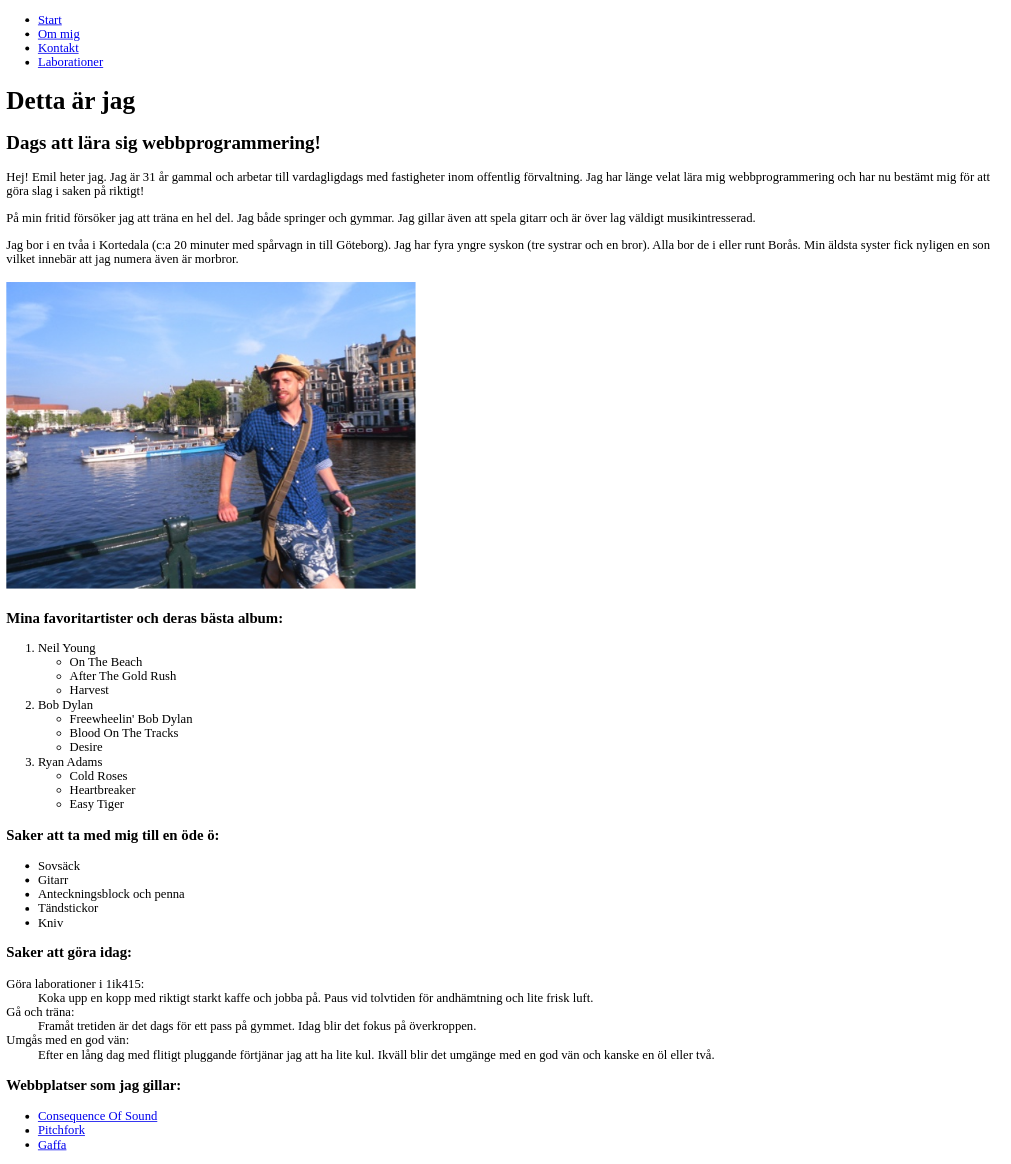
Repository: ea222vk/1ik415-laborationer
Page: Pages/presentation.html
The author's editor kept a record of every edit. The page is drawn from the files as they stood at one moment, then again after the next edit.
The browser window is 1280 px wide. The pictures show the whole page, at 79% of full size.

Above is the page before.

After the next edit:
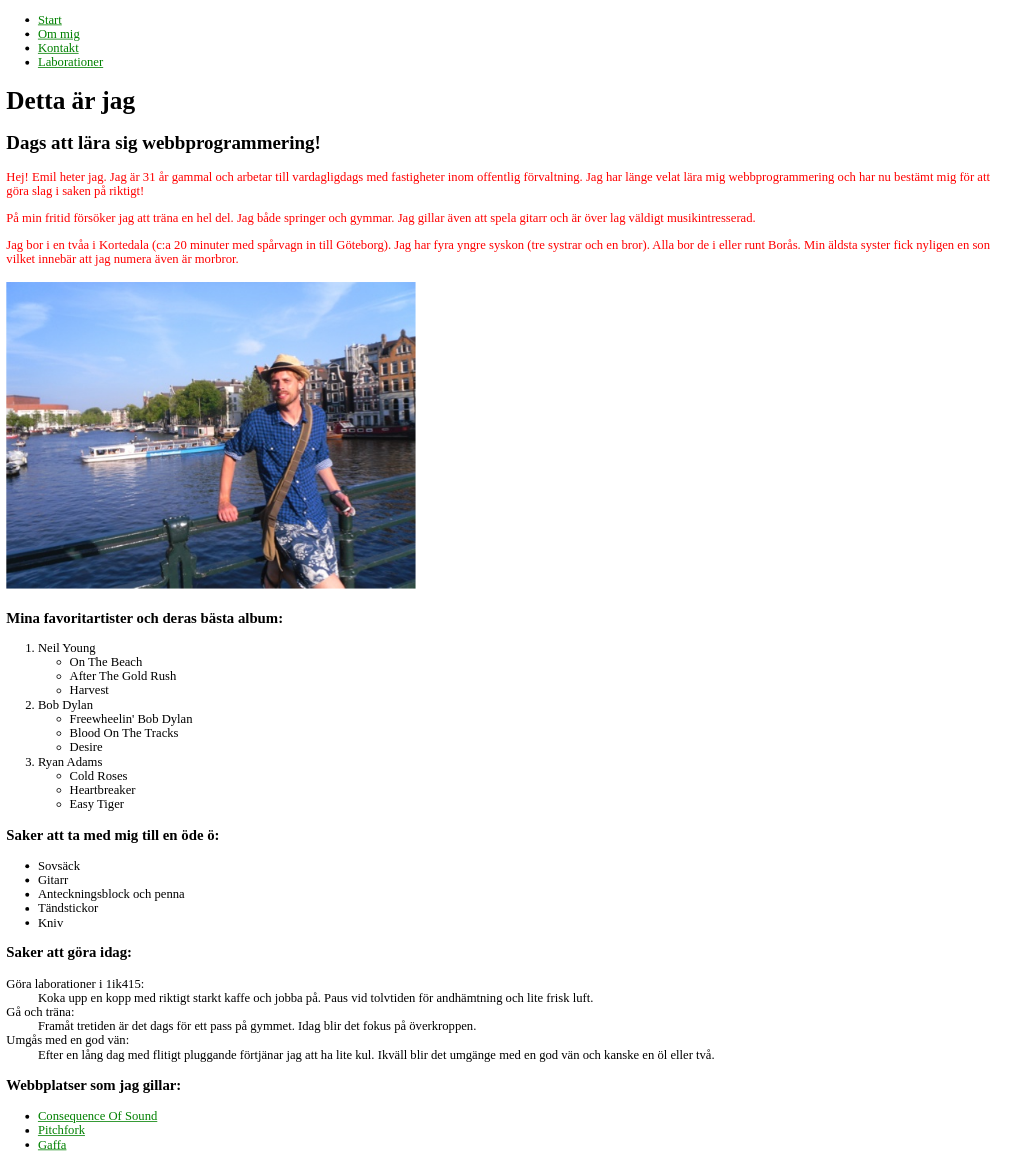
The edit:
--- a/Pages/presentation.html
+++ b/Pages/presentation.html
@@ -3,6 +3,7 @@
     <head>
     <meta charset="utf-8" />
         <title>En presentation av mig</title>
+        <link rel="stylesheet" href="../css/style.css" />
 
 </head>
     <body>
